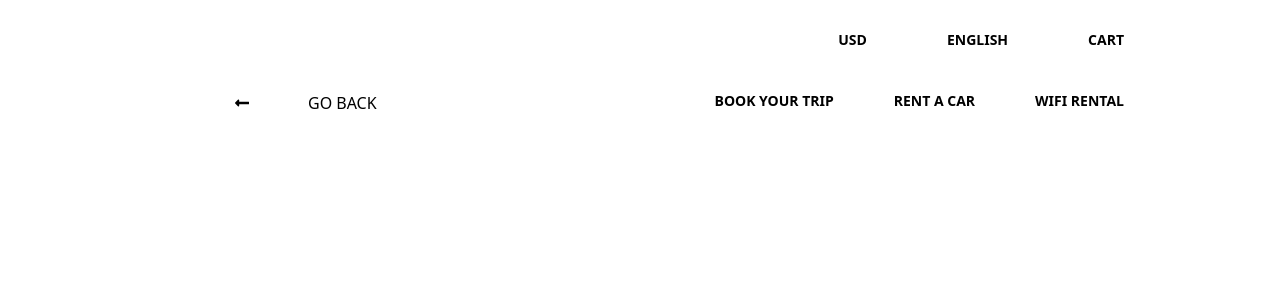
Repository: uh-sman/Iceland
Page: /
The author's editor kept a copy of each file at every save. The page is drawn from the files as they stood at one save, then again after the next save.
The browser window is 1280 px wide. The pictures show the whole page.
The project was rebuilt for these pictures with package versions that can differ from the ones it lists, and the page was loaded fresh each time.

Above is the page before, as saved 2022-09-08 21:12:01.

After the next save:
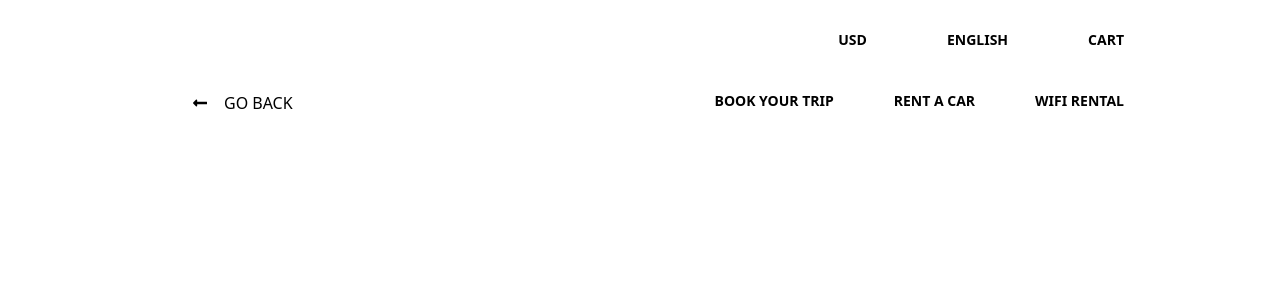
Saved 8 s later.
--- a/src/components/Bottomnav.js
+++ b/src/components/Bottomnav.js
@@ -6,7 +6,7 @@ export const Bottomnav = () => {
       <div className="py-[31px]">
         <div className="container">
           <h1 className="flex items-center gap-4 absolute left-[192px]">
-            <FaLongArrowAltLeft className="w-[100px]" />
+            <FaLongArrowAltLeft className="" />
             <a className=" cursor-pointer font-light text-md">GO BACK</a>
           </h1>
         </div>
